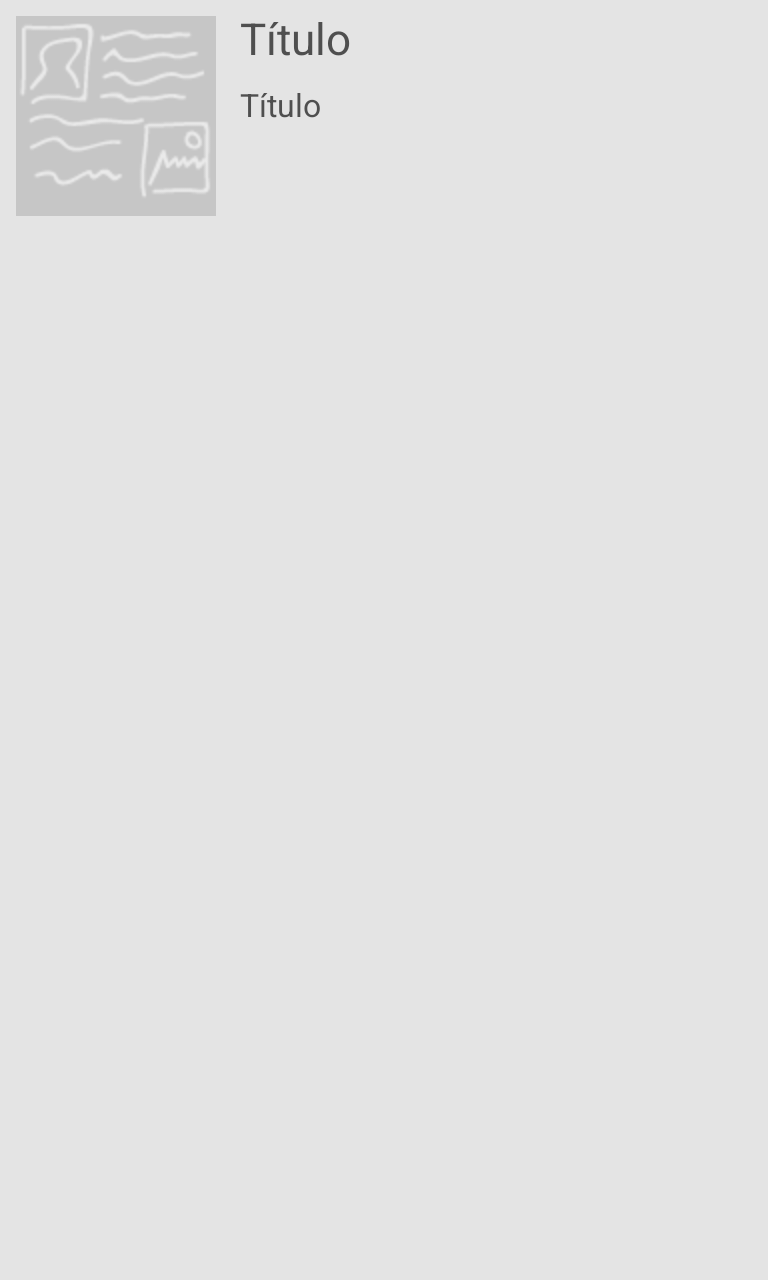
Repository: Vierco/Get_elements_from_web_and_caching
Layout: Guidelines_template/template/res/layout/row_list.xml
These files come from the project's save history. The layout is drawn as it stood at one moment and after the next save; the edit follows.
It is drawn on a 768 x 1280 px phone screen (xhdpi) without system bars, with theme AppTheme; the app's code is not run.

Above is the layout before, as saved 2014-05-02 10:41:54.

### Guidelines_template/template/res/layout/row_list.xml
<?xml version="1.0" encoding="utf-8"?>
<LinearLayout xmlns:android="http://schemas.android.com/apk/res/android"
    android:layout_width="match_parent"
    android:layout_height="match_parent"
    android:layout_margin="@dimen/views_padding"
    android:background="@color/grey"
    android:orientation="horizontal" >

    <ImageView
        android:id="@+id/IMV_imageRow"
        android:layout_width="100dp"
        android:layout_height="100dp"
        android:layout_margin="@dimen/views_padding"
        android:background="@drawable/no_image" />

    <LinearLayout
        android:layout_width="match_parent"
        android:layout_height="wrap_content"
        android:orientation="vertical" >

        <TextView
            android:id="@+id/TXV_title"
            android:layout_width="wrap_content"
            android:layout_height="wrap_content"
            android:padding="@dimen/title_text_padding"
            android:text="Título"
            android:textColor="@color/text_color"
            android:textSize="@dimen/title_text_size" >
        </TextView>

        <TextView
            android:id="@+id/TXV_subtitle"
            android:layout_width="wrap_content"
            android:layout_height="wrap_content"
            android:padding="@dimen/title_text_padding"
            android:text="Título"
            android:textColor="@color/text_color"
            android:textSize="@dimen/default_text_size" >
        </TextView>
    </LinearLayout>

</LinearLayout>

### Guidelines_template/template/res/values/dimens.xml
<resources>

    <!-- Default screen margins, per the Android Design guidelines. -->
    <dimen name="views_padding">8dp</dimen>
    <dimen name="default_text_padding">3dp</dimen>
    <dimen name="title_text_padding">4dp</dimen>
    <dimen name="activity_horizontal_margin">9dp</dimen>
    <dimen name="activity_vertical_margin">9dp</dimen>
    <dimen name="default_text_size">16sp</dimen>
    <dimen name="title_text_size">22sp</dimen>
    <dimen name="subtitle_text_size">14sp</dimen>
    <dimen name="annotations_text_size">11sp</dimen>
    <dimen name="action_bar_text_size">13sp</dimen>
    <dimen name="button_text_size">15sp</dimen>

</resources>

### Guidelines_template/template/res/values/colors.xml
<?xml version="1.0" encoding="utf-8"?>
<resources>

    <color name="green">#27ae60</color>
    <color name="white">#f6f6f6</color>
    <color name="grey">#e4e4e4</color>
    <color name="text_color">#4f4f4f</color>
    <color name="transparent">#00000000</color>

</resources>

Loaded but not shown: Guidelines_template/template/res/values/styles.xml (common file); Guidelines_template/template/res/values-v11/styles.xml (common file); Guidelines_template/template/res/values-v14/styles.xml (common file)

After the next save:
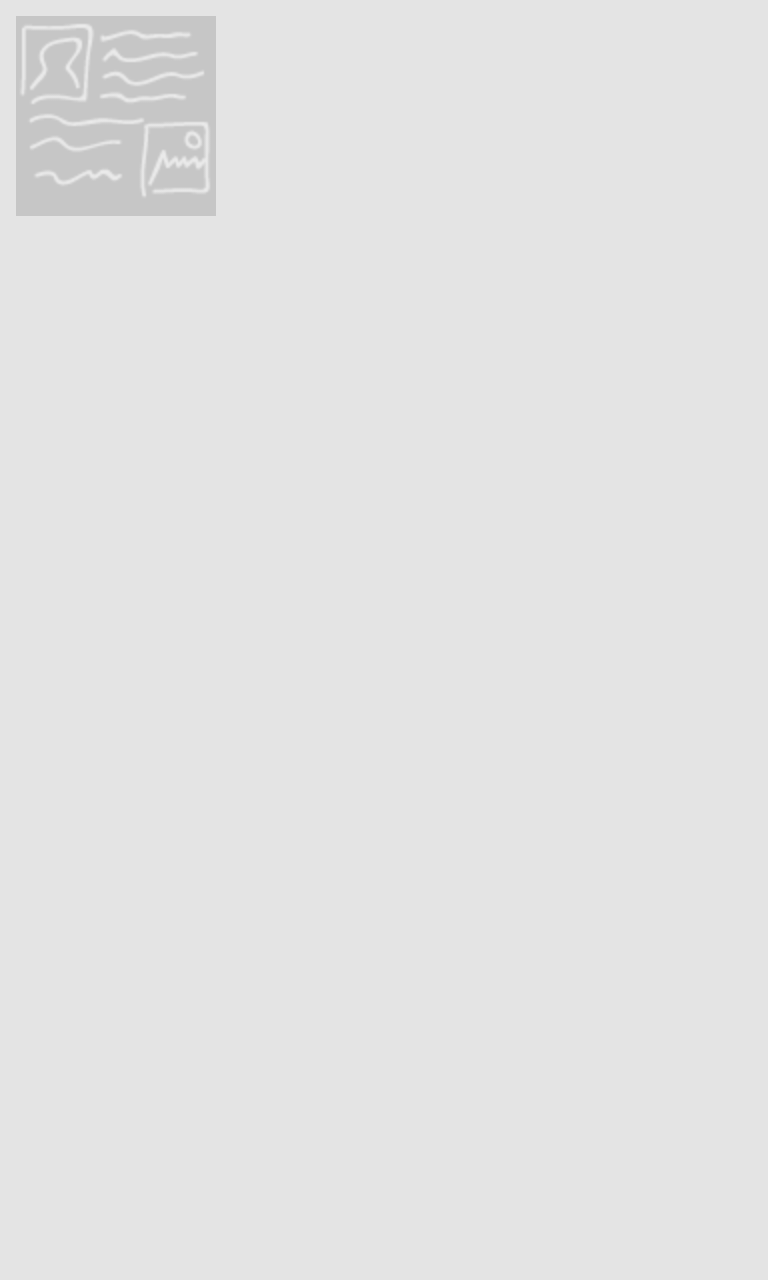
Saved 19 s later.
--- a/Guidelines_template/template/res/layout/row_list.xml
+++ b/Guidelines_template/template/res/layout/row_list.xml
@@ -23,7 +23,6 @@
             android:layout_width="wrap_content"
             android:layout_height="wrap_content"
             android:padding="@dimen/title_text_padding"
-            android:text="Título"
             android:textColor="@color/text_color"
             android:textSize="@dimen/title_text_size" >
         </TextView>
@@ -33,7 +32,6 @@
             android:layout_width="wrap_content"
             android:layout_height="wrap_content"
             android:padding="@dimen/title_text_padding"
-            android:text="Título"
             android:textColor="@color/text_color"
             android:textSize="@dimen/default_text_size" >
         </TextView>
